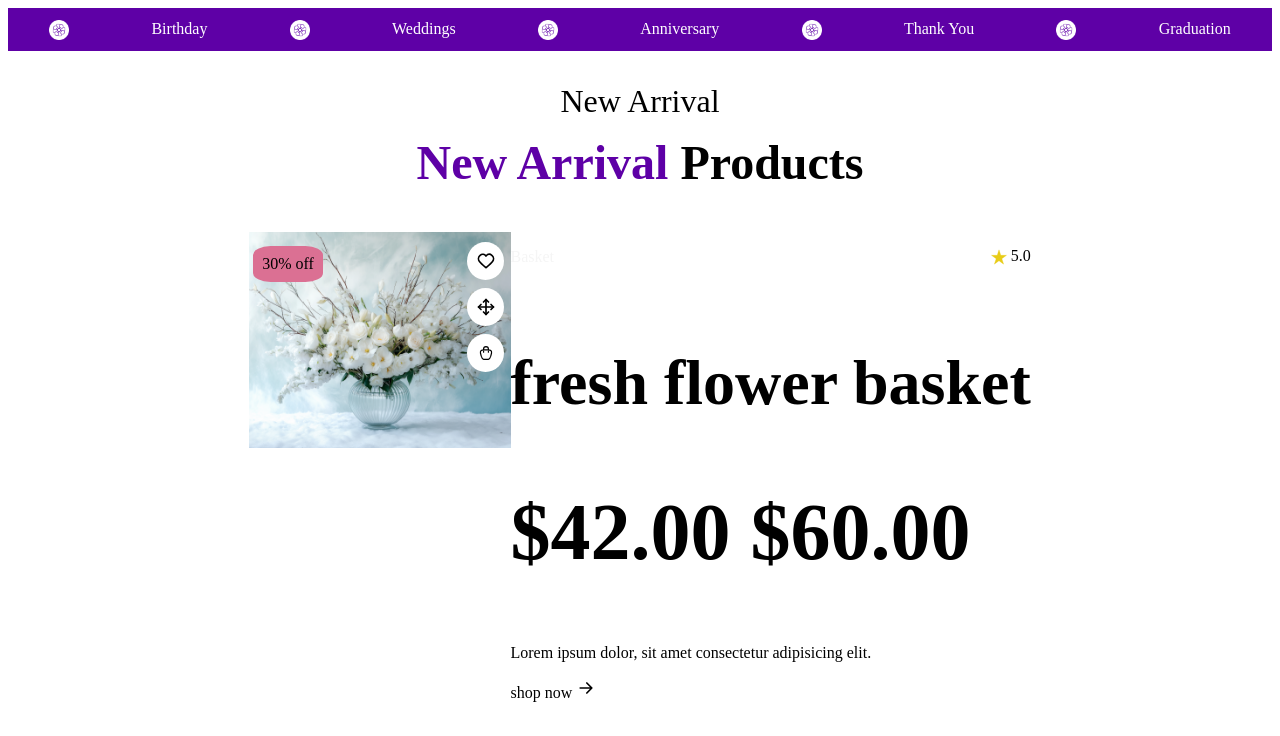
Repository: KolawoleTemilade/classroom-learning
Page: newarrival/index.html
The author's editor kept a copy of each file at every save. The page is drawn from the files as they stood at one save, then again after the next save.
The browser window is 1280 px wide. The pictures show the whole page.

Above is the page before, as saved 2025-10-01 23:30:00.

### newarrival/index.html
<!DOCTYPE html>
<html lang="en">
  <head>
    <meta charset="UTF-8" />
    <meta name="viewport" content="width=h, initial-scale=1.0" />
    <title>new arrival</title>
    <link rel="stylesheet" href="style.css" />
  </head>
  <body>
    <section class="new-arrival-sect">
      <div class="marq-sect">
        <div class="marque">
          <img
            src="../newarrival/images/icons/marqueflower.png"
            alt="flower-icon"
            width="20"
            height="20"
          />
          <span>birthday</span>
          <img
            src="../newarrival/images/icons/marqueflower.png"
            alt="flower-icon"
            width="20"
            height="20"
          />
          <span>weddings</span>
          <img
            src="../newarrival/images/icons/marqueflower.png"
            alt="flower-icon"
            width="20"
            height="20"
          />
          <span>anniversary</span>
          <img
            src="../newarrival/images/icons/marqueflower.png"
            alt="flower-icon"
            width="20"
            height="20"
          />
          <span>thank you</span>
          <img
            src="../newarrival/images/icons/marqueflower.png"
            alt="flower-icon"
            width="20"
            height="20"
          />
          <span>graduation</span>
        </div>
      </div>
      <div class="new-arrival">
        <div class="new-arrival-title">
          <p class="title1">
            new arrival
            <span class="title2"
              >new arrival <span class="product-title">products</span></span
            >
          </p>
        </div>
        <div class="new-arrival-product-card">
          <div class="product-card">
            <div class="img-sect">
              <img
                src="./images/new-arrival/flower1.png"
                alt="flower1"
                width="200"
                height="2 ,8>00"
              />
              <div class="absolute-container">
                <p class="slash">30% off</p>
                <div class="icons-sec">
                  <div class="icons">
                    <img
                      src="./images/icons/heart.svg"
                      alt="heart"
                      width="20"
                      height="20"
                    />
                  </div>
                  <div class="icons">
                    <img
                      src="./images/icons/crossedarrow.svg"
                      alt="arrow"
                      width="20"
                      height="20"
                    />
                  </div>
                  <div class="icons">
                    <img
                      src="./images/icons/shoppingbag.svg"
                      alt="shoppingbag"
                      width="20"
                      height="20"
                    />
                  </div>
                </div>
              </div>
            </div>
            <div class="text-sect">
                <div class="basket-sec">
                    <p>
                        basket
                    </p>
                    <div class="rating-sec">
                        <img src="./images/icons/ratings.svg" alt="ratings" width="20" height="20" >
                        <span>5.0</span>
                    </div>
                </div>
                <div class="fresh-flower-sec">
                    <h3 >
                        fresh flower basket
                    </h3>
                    <h2>
                        $42.00 <span class="slashed"> $60.00</span>
                    </h2>
                    <p>
                        Lorem ipsum dolor, sit amet consectetur adipisicing elit.
                    </p>
                </div>
                <div>
                    <p>shop now <span><img src="./images/icons/rightarrow.svg" alt="right arrow" width="20" height="20"></span></p>
                </div>
            </div>
          </div>
        </div>
      </div>
    </section>
  </body>
</html>

### newarrival/style.css
.new-arrival-sect{
    display: flex;
    flex-direction: column;
    align-items: center;
    justify-content: center;
}

.marq-sect{
    background-color: #5E00A6;
    height:6vh;
    width: 100%;
    align-content: center;
}
.marque {
    display: flex;
    align-content: center;
    justify-content:space-around ;
}
.marque > span {
    text-transform: capitalize;
    color: white;
}
.title1{
    font-size: 2rem;
    display: flex;
    flex-direction: column;
    align-items: center;
    justify-content: center;
    gap: 15px;
    text-transform: capitalize;
}
.title2 {
    font-size: 3rem;
    color: #5E00A6;
    font-weight: 700;
}
.product-title{
    color: black;
    font-size: 3rem;
    font-weight: 700;
}
.new-arrival-product-card{
    width: 100%;
}

.product-card {
    display: flex;
    padding: 10px;
    background: white;
}
.img-sect {
    position: relative;

}
.img-sect >img{
    width: 100%;
    height: 30vh;
}
.absolute-container > p{
   padding: 8px;
}
.slash {
    position: absolute;
    top: 2%;
    background: palevioletred;
    padding: 8px;
    width: 20%;
    margin: 4px;
    border: 1px solid transparent;
    border-radius: 25%;
}

.icons-sec {
    position: absolute;
    top: 2%;
    right: 2%;
    display: flex;
    flex-direction: column;
    gap: 8px;
}
.icons {
    padding: 8px;
    width: 50%;
    border: 1px solid transparent;
    border-radius: 50%;
    background: white;
    display: flex;
    align-items: center;
    justify-content: center;

}
.text-sec{
    width: 100%;
    padding: 10px;
}
.basket-sec {
    display: flex;
    justify-content: space-between;
    align-items: center;
}
.basket-sec > p{
    text-transform: capitalize;
    color: whitesmoke;
}
.rating-sec {
    display: flex;
    gap: 2px;
}
.fresh-flower-sec >h3 {
 font-size: 4rem;
}
.fresh-flower-sec >h2{
    font-size: 5rem;
}
.fresh-flower-sec > .slashed {
    color: whitesmoke;
    text-decoration: line-through;
}

After the next save:
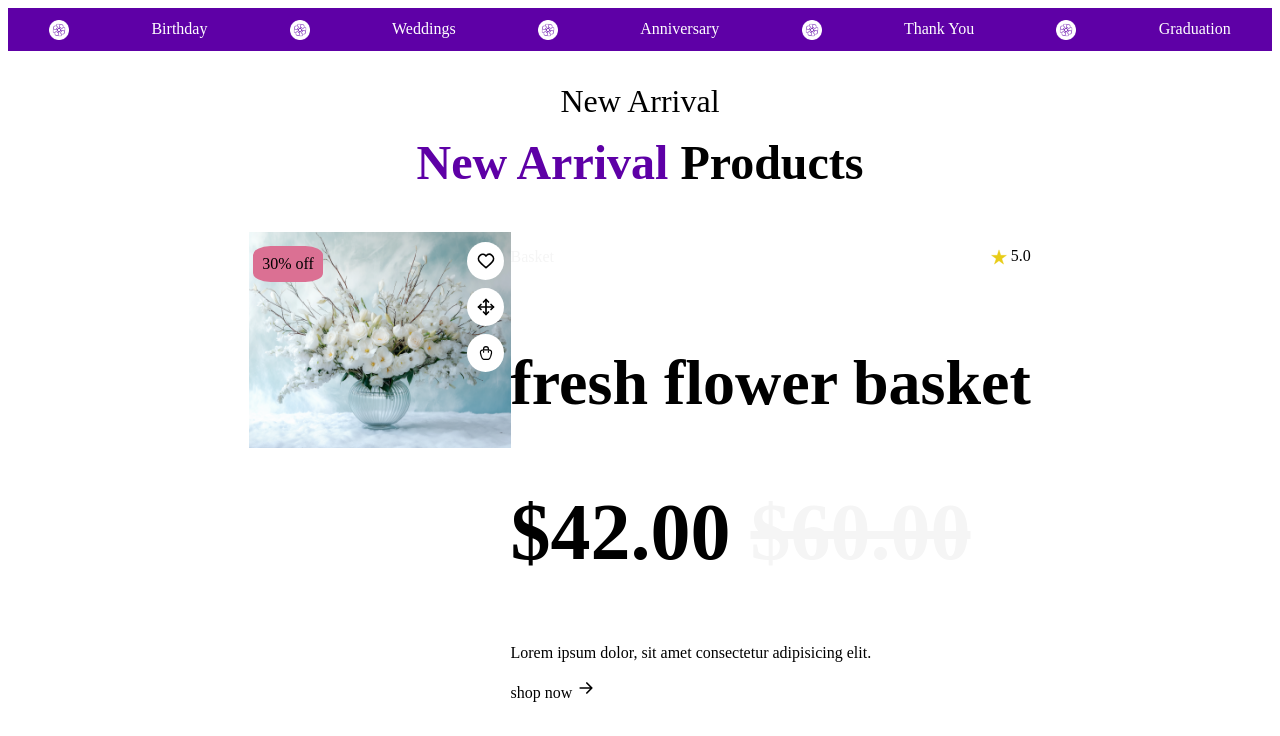
Saved 14 s later.
--- a/newarrival/style.css
+++ b/newarrival/style.css
@@ -112,7 +112,7 @@
 .fresh-flower-sec >h2{
     font-size: 5rem;
 }
-.fresh-flower-sec > .slashed {
+.slashed {
     color: whitesmoke;
     text-decoration: line-through;
 }
